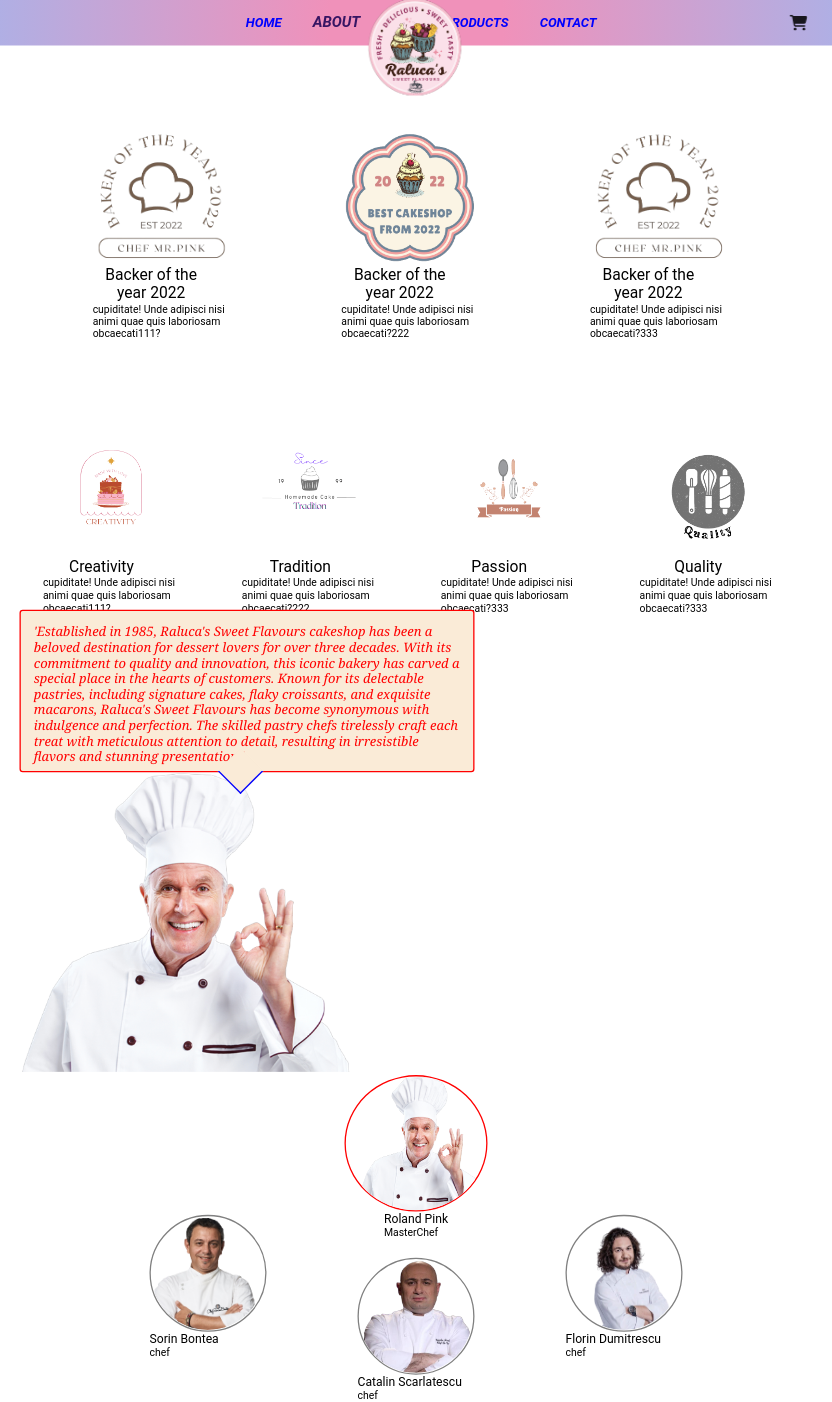
Repository: RalucaZota/cakeshop
Page: /about
The author's editor kept a copy of each file at every save. The page is drawn from the files as they stood at one save, then again after the next save.
The browser window is 1280 px wide. The pictures show the whole page, at 65% of full size.
The project was rebuilt for these pictures with package versions that can differ from the ones it lists, and the page was loaded fresh each time. Also part of the build but not shown: vite.config.js, src/components/AddtoCartButton.vue, src/components/FavoriteProduct.vue, src/components/ProductItem.vue, src/components/Testimonials.vue, src/views/Home.vue, src/components/SingleProduct.vue, src/views/Products.vue and 1 more.

Above is the page before, as saved 2023-07-01 11:28:28.

### index.html
<!DOCTYPE html>
<html lang="en">
  <head>
    <meta charset="UTF-8">
    <link rel="icon" href="/favicon.ico">
    <meta name="viewport" content="width=device-width, initial-scale=1.0">
    <title>Vite App</title>
  </head>
  <body>
    <div id="app"></div>
    <script type="module" src="/src/main.js"></script>

  </body>
</html>

### src/main.js
import './assets/main.css'
import{ createApp } from "vue";
import App from './App.vue'
import router from './router'

import { library } from '@fortawesome/fontawesome-svg-core'
import { FontAwesomeIcon } from '@fortawesome/vue-fontawesome'
import { faBars } from '@fortawesome/free-solid-svg-icons'
import { faXmark } from '@fortawesome/free-solid-svg-icons'
import { faCartShopping } from '@fortawesome/free-solid-svg-icons'

import 'vuetify/styles'
import { createVuetify } from 'vuetify'
import * as components from 'vuetify/components'
import * as directives from 'vuetify/directives'

const vuetify = createVuetify({
    components,
    directives,
  })
library.add(faBars, faXmark, faCartShopping)

createApp(App)
.component('font-awesome-icon', FontAwesomeIcon).use(router, vuetify)
.mount('#app')

### src/assets/main.css
@import './base.css';

#app {
  margin: 0 auto;

  font-weight: normal;
}

html{
  line-height: 1.2 !important;
}

### src/App.vue
<script setup>
import Navbar from "./components/Navbar.vue"


</script>

<template>
<navbar/>


</template>

<style scoped>

</style>

### src/router/index.js
import { createRouter, createWebHistory } from 'vue-router'

const router = createRouter({
  history: createWebHistory(import.meta.env.BASE_URL),
  routes: [
    {
      path: '/',
      name: 'home',
      component: () => import('../views/Home.vue')
    },
    { path: '/about', name: 'about', component: () => import('../views/About.vue') },
    { path: '/products', name: 'products', component: () => import('../views/Products.vue') },
    { path: '/contact', name: 'contact', component: () => import('../views/Contact.vue') }
    // route level code-splitting
    // this generates a separate chunk (About.[hash].js) for this route
    // which is lazy-loaded when the route is visited.
  ]
})

export default router

### src/assets/base.css
/* color palette from <https://github.com/vuejs/theme> */
:root {
  --vt-c-white: #ffffff;
  --vt-c-white-soft: #f8f8f8;
  --vt-c-white-mute: #f2f2f2;

  --vt-c-black: #181818;
  --vt-c-black-soft: #222222;
  --vt-c-black-mute: #282828;

  --vt-c-indigo: #2c3e50;

  --vt-c-divider-light-1: rgba(60, 60, 60, 0.29);
  --vt-c-divider-light-2: rgba(60, 60, 60, 0.12);
  --vt-c-divider-dark-1: rgba(84, 84, 84, 0.65);
  --vt-c-divider-dark-2: rgba(84, 84, 84, 0.48);

  --vt-c-text-light-1: var(--vt-c-indigo);
  --vt-c-text-light-2: rgba(60, 60, 60, 0.66);
  --vt-c-text-dark-1: var(--vt-c-white);
  --vt-c-text-dark-2: rgba(235, 235, 235, 0.64);
}

/* semantic color variables for this project */
:root {
  --color-background: var(--vt-c-white);
  --color-background-soft: var(--vt-c-white-soft);
  --color-background-mute: var(--vt-c-white-mute);

  --color-border: var(--vt-c-divider-light-2);
  --color-border-hover: var(--vt-c-divider-light-1);

  --color-heading: var(--vt-c-text-light-1);
  --color-text: var(--vt-c-text-light-1);

  --section-gap: 160px;
}

@media (prefers-color-scheme: dark) {
  :root {
    --color-background: var(--vt-c-black);
    --color-background-soft: var(--vt-c-black-soft);
    --color-background-mute: var(--vt-c-black-mute);

    --color-border: var(--vt-c-divider-dark-2);
    --color-border-hover: var(--vt-c-divider-dark-1);

    --color-heading: var(--vt-c-text-dark-1);
    --color-text: var(--vt-c-text-dark-2);
  }
}

*,
*::before,
*::after {
  box-sizing: border-box;
  margin: 0;
  font-weight: normal;
}

### src/components/Navbar.vue
<template>
  <header :class="{ 'scrolled-nav': scrolledNav }">
    <nav >
      <div class="cart">
          <font-awesome-icon icon="fa-solid fa-cart-shopping" fade size="xl" />
        </div>
      <ul class="navigation" v-show="!mobile">
        <li>
          <RouterLink active-class="active" :to="{ name: 'home' }" class=" link"
            >Home</RouterLink
          >
        </li>
        <li>
          <RouterLink active-class="active" :to="{ name: 'about' }" class=" link"
            >About</RouterLink
          >
        </li>
        <div class="branding">
          <img src="../assets/images/logo.png" alt="logo"/>
        </div>
        <li>
          <RouterLink active-class="active" :to="{ name: 'products' }" class=" link"
            >Products</RouterLink
          >
        </li>
        <li>
          <RouterLink active-class="active" :to="{ name: 'contact' }" class=" link"
            >Contact</RouterLink
          >
        </li>
      </ul>
        <div class="icon">
          <font-awesome-icon icon="fa-solid fa-bars" size="lg" @click="openMobileNav" v-show="!mobileNav && mobile"  class="burger" :class="{'icon-active': mobileNav}"/>
          <font-awesome-icon  v-show="mobileNav" icon="fa-solid fa-xmark" beat size="xl" @click="closeMobileNav" class="close-nav" :class="{'icon-active': mobileNav}"/>
        </div>

      <transition name="mobile-nav">

        <ul v-show="mobileNav" class="dropdown-nav">
          <li>
            <div class="branding">
          <img src="../assets/images/logo.png" alt="logo"/>
        </div>
          </li>
          <li>
            <RouterLink active-class="active" :to="{ name: 'home' }" class="link"
              >Home</RouterLink
            >
          </li>
          <li>
            <RouterLink active-class="active" :to="{ name: 'about' }" class=" link"
              >About</RouterLink
            >
          </li>
          <li>
            <RouterLink active-class="active" :to="{ name: 'products' }" class=" link"
              >Products</RouterLink
            >
          </li>
          <li>
            <RouterLink active-class="active" :to="{ name: 'contact' }" class=" link"
              >Contact</RouterLink
            >
          </li>
        </ul>
      </transition>
    </nav>
  </header>

  <RouterView />
</template>
<script>
import { RouterLink, RouterView } from 'vue-router'
import Home from '../views/Home.vue'
import Products from '../views/Products.vue'
import About from '../views/About.vue'
import Contact from '../views/Contact.vue'
export default {
  name: 'navbar',
  components: {
    Home,
    Products,
    About,
    Contact
  },
  data(){
    return {
      scrolledNav: null,
      mobile: null,
      mobileNav: null,
      windowWidth: null,

    }
  },
  created(){
    window.addEventListener('resize', this.checkScreen);
    this.checkScreen()
  },
  mounted(){
    window.addEventListener('scroll', this.updateScroll)
  },
  methods:{
    openMobileNav(){
      this.mobileNav = true


    },
    closeMobileNav(){
      this.mobileNav = false

    },

    updateScroll(){
      const scrollPosition =  window.scrollY;
      if (scrollPosition > 50){
        this.scrolledNav = true;
        return;
      }
      this.scrolledNav = false
    },
    checkScreen(){
      this.windowWidth = window.innerWidth;
      if( this.windowWidth <= 750){
        this.mobile = true;
        return;
      }
      this.mobile = false;
      this.mobileNav = false;
    }
  }
}
</script>
<style lang="scss">
@import '../styles/Navbar.scss';
</style>

### src/views/About.vue
<template>
  <div>
    <h1>About</h1>
    <div  class='universal-card-wrapper' >
        <universal-card v-for="( momentInfo, id) in momentsInfo" :key="id" >
          <template #img >
          <img :src="momentInfo.img"/></template>
          <template #title >
            <h2>{{ momentInfo.price }} </h2></template>
          <template #text><p>
            {{ momentInfo.text }}
          </p></template>
        </universal-card>
    </div>

    <div  class='universal-card-wrapper' >
        <universal-card v-for="( info, id) in knowBetterInfo" :key="id" >
          <template #img >
          <img :src="info.img" class="know-us-better-img"/></template>
          <template #title >
            <h2>{{ info.title }} </h2></template>
          <template #text><p>
            {{ info.text }}
          </p></template>
        </universal-card>
      </div>
      <comment-box/>
      <staff-component/>
  </div>
</template>
<script>
import StaffComponent from '../components/StaffComponent.vue'
import CommentBox from '../components/CommentBox.vue'
import { momentsInfo, knowBetterInfo } from '../data.js'
import UniversalCard from '../components/UniversalCard.vue'
export default {
  name: 'about',
  components: {
    UniversalCard,
    CommentBox,
    StaffComponent
  },
  data() {
    return {
      momentsInfo: momentsInfo,
      knowBetterInfo: knowBetterInfo,
      CommentBox: CommentBox
    }
  }
}
</script>
<style lang="scss" scoped>
.universal-card-wrapper{
  display: flex;
  flex-wrap: wrap;
  align-items: center;
  justify-content: space-evenly;
  margin-top: 150px;
  img{
    width: 200px;
    img.know-us-better-img{
      width: 250px !important;
      height: 250px !important;
    }
  }
  h2{
    text-align: center;
    width: 180px;
  }

}
</style>

### src/styles/Navbar.scss
header{
    width: 100%;
    position: fixed;
    transition: 0.5s ease all;
    background-color: transparent;
    z-index: 99;
    color: transparent;
    height: 68px;
    nav{
        display: flex;
        align-items: center;
        justify-content: space-evenly;
        flex-direction: row;
        background: rgb(238,174,202);
        background: rgb(240,145,186);
        background: rgb(240,145,186);
        background: radial-gradient(circle, rgba(240,145,186,1) 21%, rgba(176,175,228,1) 100%);
        transition: 0.5s ease all;
        padding: 5px 0;
        width: 100%;
        margin: 0 auto;
        text-decoration: none;
        position: relative;


        @media (min-width: 1140px) {
            max-width: 1300px;
        }
        @media (max-width: 749px) {
            width: 100%;
            padding: 20px;
        }
        ul,
        .link {
            color: blue;
            list-style: none;
            text-decoration: none;
        }
        li {
            text-transform: uppercase;
            padding: 16px;
            margin-left: 16px;
        }

        .link {
            font-weight: 700;
            font-style:italic;
            font-size: 20px;
            transition: 0.5s ease all;
            padding-bottom: 4px;
            border-bottom:  2px solid transparent;
            &:hover {
                color: #125159;
                border-color: purple;
            }
        }
        .branding {
            display: flex;
            align-items: center;
            margin-left: 80px;
            @media (max-width: 749px) {
                margin-left: 0px;
            }
            li.img{
                @media (max-width: 749px) {
                    padding-bottom: 0px;
            }
        }
            img {
                width: 150px;
                position: absolute;
                height: 155px;
                left: 44%;
                top: -10%;
                transition: .5s ease all;
                @media (max-width: 749px) {
                    position: relative;
                    width: 80px;
                    height: 80px;
                    left: 11%;
                }
            }
        }

        .active{
        font-weight: bold;
        font-size: 23px !important;
        color: #371563;
        font-weight: 700 !important;
        text-decoration: none;
        font-size: larger;

        }
        .cart{
        position: absolute;
        right: 3%;
        color: black;
        font-weight: 700;
    }
        .navigation {
            display: flex;
            align-items: center;
            flex: 1;
            justify-content: center;
    }
        .icon{
            display: flex;
            align-items: center;
            position: absolute;
            top: 0;
            left: 24px;
            height: 100%;
            color: black;
            transform: rotateZ(180deg);
            .burger{
            cursor: pointer;
            font-size: 24px;
            transition: .8s ease all;

        }
            .close-nav{
                color: black;
                font-weight: 600;
            }
    }
        .icon-active{

            color: red;
            display: inline-block;




    }
        .dropdown-nav{
            display: flex;
            flex-direction: column;
            align-items: center;
            position: fixed;
            width: 100%;
            max-width: 215px;
            height: 100%;
            background: radial-gradient(circle, rgba(240,145,186,1) 21%, rgba(176,175,228,1) 100%);
            top: 4.8%;
            left: 0;
            padding-left: 0px;
            line-height: 5px;
            padding-top: 10px;

            li{
                margin-left: 0;
                .link{
                    color: black;
                    font-weight: 600;
            }
        }

    }
        .mobile-nav-enter-active, .mobile-nav-leave-active {
            transition:  1s ease all;
        }
        .mobile-nav-enter-from, .mobile-nav-leave-to {
            transform: translateX((-250px));
        }
        .mobile-nav-enter-to {
            transform: translateX((0));
        }

}
}
.scrolled-nav{
    // box-shadow: 0 4px 6px -1px rgba(0, 0, 0, 0.1), 0 2px 4px -1px rgba(0, 0, 0, 0.06);
        nav{
            padding: 8px 0;
            .branding{
            // img{
            //     width: 40px;
            //     box-shadow: 0 4px 6px -1px rgba(0, 0, 0, 0.1), 0 2px 4px -1px rgba(0, 0, 0, 0.06);

            // }
        }
    }
}

### src/components/StaffComponent.vue
<template>
  <div class="chef-roland">
    <img  src="../assets//images//chefs//chef.png" class="chef-roland-img" />

  <div class="chef-roland-details">
    <h3>Roland Pink</h3>
    <p>MasterChef</p>
  </div>
</div>
  <div class="chef">
    <div v-for="{ name, status, img, id } in chefs" :key="name"  :class="{'chefs' : id === 1}">
      <div class="chef-img-div">
        <img :src="img" class="chef-img" />
      </div>
      <div class="chef-details">
        <h3>{{ name }}</h3>
        <p>{{ status }}</p>
      </div>
    </div>
  </div>
</template>
<script>
import { chefs } from '../data'
export default {
  name: 'staff-component',
  data() {
    return {
      chefs: chefs
    }
  }
}
</script>
<style>
@import '../styles/StaffComponent.scss';
</style>

### src/components/CommentBox.vue
<template>
    <div>
        <div class="big-comment-box">
            <div class="little-comment-box"></div>
            <p class="text-comment-box">{{ CommentBox }}</p>
        </div>
        <img src="../assets//images//chefs//chef.png"/>
    </div>

</template>
<script>
import { CommentBox } from '../data.js'
export default {
  name: 'comment-box',
  data() {
    return {
      CommentBox: CommentBox
    }
  }
}
</script>
<style scoped>
@import '../styles/CommentBox.scss';
</style>

### src/data.js
const ClientsInfo = [
  {
    id: 1,
    name: 'Sam Smith',
    opinion:
      'Lorem ipsum dolor sit amet consectetur, adipisicing elit. Necessitatibus dolore reiciendis cupiditate! Unde adipisci nisi animi quae quis laboriosam obcaecati?',
    img: '../src/assets/images/clients/samsmith.jpg'
  },
  {
    id: 2,
    name: 'Olga Bacari',
    opinion:
      'Lorem ipsum dolor sit amet consectetur, adipisicing elit. Necessitatibus dolore reiciendis cupiditate! Unde adipisci nisi animi quae quis laboriosam obcaecati?',
    img: '../src/assets/images/clients/olgabacari.jpg'
  },
  {
    id: 3,
    name: 'Richard Muller',
    opinion:
      'Lorem ipsum dolor sit amet consectetur, adipisicing elit. Necessitatibus dolore reiciendis cupiditate! Unde adipisci nisi animi quae quis laboriosam obcaecati?',
    img: '../src/assets/images/clients/richardmuller.jpg'
  }
]

const momentsInfo = [
  {
    id: 1,
    price: 'Backer of the year 2022',
    img: '../src/assets/images/bestMoments/backer-year.png',
    text: ' cupiditate! Unde adipisci nisi animi quae quis laboriosam obcaecati111?'
  },
  {
    id: 2,
    price: 'Backer of the year 2022',
    img: '../src/assets/images/bestMoments/best-cakeshop.png',
    text: 'cupiditate! Unde adipisci nisi animi quae quis laboriosam obcaecati?222'
  },
  {
    id: 3,
    price: 'Backer of the year 2022',
    img: '../src/assets/images/bestMoments/backer-year.png',
    text: 'cupiditate! Unde adipisci nisi animi quae quis laboriosam obcaecati?333'
  }
]
const knowBetterInfo = [
  {
    id: 1,
    title: 'Creativity',
    img: '../src/assets/images/knowusbetter/creativity.png',
    text: ' cupiditate! Unde adipisci nisi animi quae quis laboriosam obcaecati111?'
  },
  {
    id: 2,
    title: 'Tradition',
    img: '../src/assets/images/knowusbetter/tradition.png',
    text: 'cupiditate! Unde adipisci nisi animi quae quis laboriosam obcaecati?222'
  },
  {
    id: 3,
    title: 'Passion',
    img: '../src/assets/images/knowusbetter/passion.png',
    text: 'cupiditate! Unde adipisci nisi animi quae quis laboriosam obcaecati?333'
  },
  {
    id: 4,
    title: 'Quality',
    img: '../src/assets/images/knowusbetter/quality.png',
    text: 'cupiditate! Unde adipisci nisi animi quae quis laboriosam obcaecati?333'
  }
]
const CommentBox =
  " 'Established in 1985, Raluca's Sweet Flavours cakeshop has been a beloved destination for dessert lovers for over three decades. With its commitment to quality and innovation, this iconic bakery has carved a special place in the hearts of customers. Known for its delectable pastries, including signature cakes, flaky croissants, and exquisite macarons, Raluca's Sweet Flavours has become synonymous with indulgence and perfection. The skilled pastry chefs tirelessly craft each treat with meticulous attention to detail, resulting in irresistible flavors and stunning presentation.' "

const chefs = [
  {
    name: 'Catalin Scarlatescu',
    id: 1,
    status: 'chef',
    img: '../src/assets/images/chefs/catalin-scarlatescu.png'
  },
  { name: 'Sorin Bontea', id: 2, status: 'chef', img: '../src/assets/images/chefs/sorin-bontea.png' },
  {
    name: 'Florin Dumitrescu', id: 3,
    status: 'chef',
    img: '../src/assets/images/chefs/florin-dumitrescu.png'
  }
]
export { momentsInfo, knowBetterInfo, CommentBox, chefs }
export default ClientsInfo

### src/components/UniversalCard.vue
<template>
  <div class="universal-card">
    <div class="universal-card-img">
      <slot name="img"> </slot>
    </div>
    <div class="universal-card-details">
      <slot name="title"> </slot>
      <slot name="text"> </slot>
    </div>
  </div>
</template>
<script>
export default {
  name: 'universal card'
}
</script>
<style >
@import '../styles/UniversalCard.scss';
</style>

### src/styles/StaffComponent.scss
.chef {
    display: flex;
    justify-content: space-around;
    flex-wrap: wrap;
    position: relative;
    bottom: 45px;
    .chefs{
      position: absolute;
      top: 30%;
    }
  .chef-img-div {
    border-radius: 50%;
    border: 2px solid grey;
    width: 180px;
    height: 180px;
    .chef-img {
      width: 175px;
      height: 175px;
      border-radius: 50%;
    }
  .chef-details{
    h3, p{
      text-align: center;
      border: 2px solid red;
        }
    }
  }
}
.chef-roland{
  display: flex;
  justify-content: center;
  flex-direction: column;
  align-items: center;
  .chef-roland-img{
    width: 220px;
    height: 210px;
    border-radius: 50%;
    border: 2px solid red;
  }
  .chef-roland-details{
    height: 50px;
  }

}

### src/styles/CommentBox.scss
.big-comment-box{
    margin-left: 30px;
    width: 700px;
    height: 250px;
    border: 2px solid red;
    border-radius: 5px;
    position: relative;
    background-color: antiquewhite;

    .little-comment-box{
        width: 50px;
        height: 50px;
        border: 2px solid blue;
        position: absolute;
        bottom: -10%;
        left: 45%;
        transform: rotateZ(45deg);
        border-left-color: transparent;
        border-top-color: transparent;
        background-color: antiquewhite;
    }
    .text-comment-box{
        font-size: 20px;
        font-style: italic;
        font-family: Cambria, Cochin, Georgia, Times, 'Times New Roman', serif;
        color: red;
        padding: 20px;

    }

}

### src/styles/UniversalCard.scss
.universal-card{
    max-width: 250px;
    height: 300px;
    padding: 10px;
    display: flex;
    flex-direction: column;
    align-items: center;
    .universal-card-img{
        padding: 5px;
        width: 230px;
        height: 200px;
        border-radius: 8px;
        margin-bottom: 10px;


        }
    .universal-card-details{
        }
    }

After the next save:
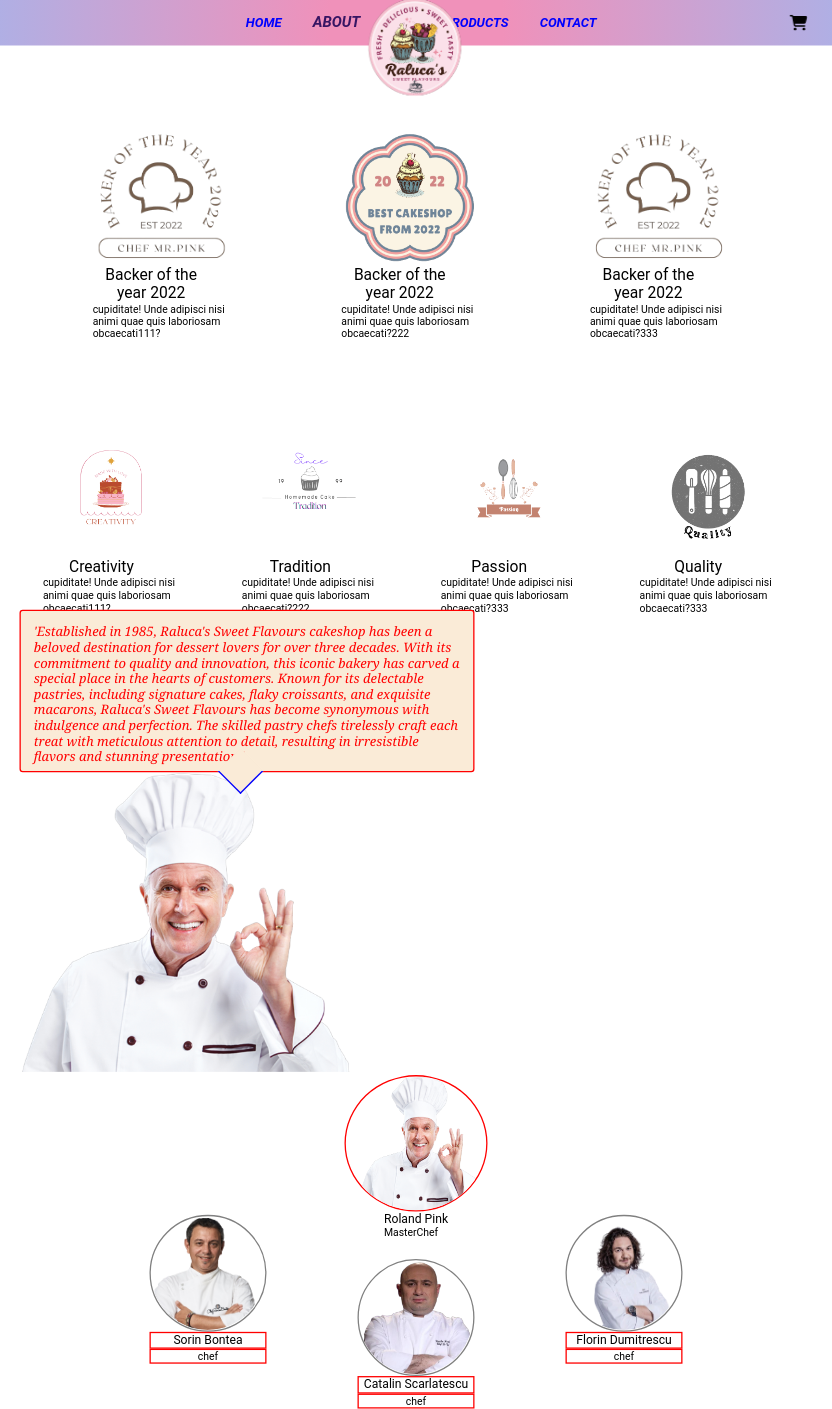
Saved 106 s later.
--- a/src/styles/StaffComponent.scss
+++ b/src/styles/StaffComponent.scss
@@ -18,14 +18,15 @@
       height: 175px;
       border-radius: 50%;
     }
-  .chef-details{
-    h3, p{
+  }
+  .chef-details h3,
+  .chef-details p{
       text-align: center;
       border: 2px solid red;
         }
-    }
+
   }
-}
+
 .chef-roland{
   display: flex;
   justify-content: center;
